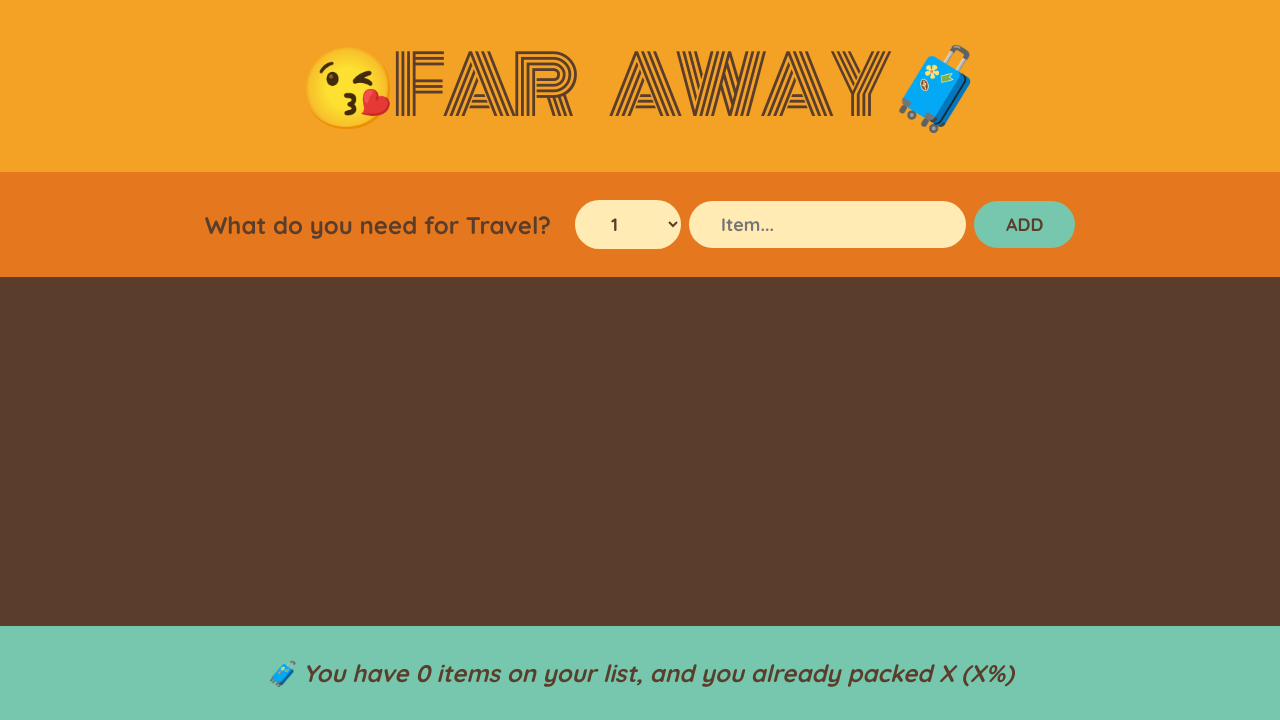
Repository: masamichan/Travel-list
Page: /
An editor plug-in stored every save of this project. The page is shown before and after the next save, followed by the edit.
The browser window is 1280 px wide. The pictures show the whole page.
The project was rebuilt for these pictures with package versions that can differ from the ones it lists, and the page was loaded fresh each time.

Above is the page before, as saved 2024-01-06 12:44:53.

### src/App.js
import { useState } from "react";

export default function App() {
  const [items, setItems] = useState([]);

  function handleAddItems(item) {
    setItems((items) => [...items, item]);
  }

  function handleDelete(id) {
    setItems((items) => items.filter((item) => item.id !== id));
  }

  function handleToggleItem(id) {
    setItems((items) =>
      items.map((item) =>
        item.id === id ? { ...item, packed: !item.packed } : item
      )
    );
  }

  return (
    <div className="app">
      <Logo />
      <Form onAddItems={handleAddItems} />
      <PackingList
        items={items}
        onDeleteItem={handleDelete}
        onToggleItem={handleToggleItem}
      />
      <Stats items={items} />
    </div>
  );
}

function Logo() {
  return <h1>😘Far Away🧳</h1>;
}

function Form({ onAddItems }) {
  const [description, setDescription] = useState("");
  const [quantity, setQuantity] = useState(1);

  function handleSubmit(e) {
    e.preventDefault();

    if (!description) return;

    const newItem = { description, quantity, packed: false, id: Date.now() };

    onAddItems(newItem);
    setDescription("");
    setQuantity(1);
  }

  return (
    <form className="add-form" onSubmit={handleSubmit}>
      <h3>What do you need for Travel?</h3>
      <select
        value={quantity}
        onChange={(e) => setQuantity(Number(e.target.value))}
      >
        {Array.from({ length: 20 }, (_, i) => i + 1).map((num) => (
          <option value={num} key={num}>
            {num}
          </option>
        ))}
      </select>
      <input
        type="text"
        placeholder="Item..."
        value={description}
        onChange={(e) => setDescription(e.target.value)}
      />
      <button>Add</button>
    </form>
  );
}

function PackingList({ items, onDeleteItem, onToggleItem }) {
  return (
    <div className="list">
      <ul>
        {items.map((item) => (
          <Item
            item={item}
            onDeleteItem={onDeleteItem}
            onToggleItem={onToggleItem}
            key={item.id}
          />
        ))}
      </ul>
    </div>
  );
}

function Item({ item, onDeleteItem, onToggleItem }) {
  return (
    <li>
      <input
        type="checkbox"
        value={item.checked}
        onChange={() => onToggleItem(item.id)}
      />
      <span style={item.packed ? { textDecoration: "line-through" } : {}}>
        {item.quantity}
        {item.description}
      </span>
      <button onClick={() => onDeleteItem(item.id)}>❌</button>
    </li>
  );
}

function Stats({ items }) {
  const numItems = items.length;
  const numPacked = items.filter((item) => item.packed).length;

  return (
    <footer className="stats">
      <em>
        🧳 You have {numItems} items on your list, and you already packed X (X%)
      </em>
    </footer>
  );
}

Loaded but not shown: public/index.html (common file); src/index.js (common file); src/index.css (common file)

After the next save:
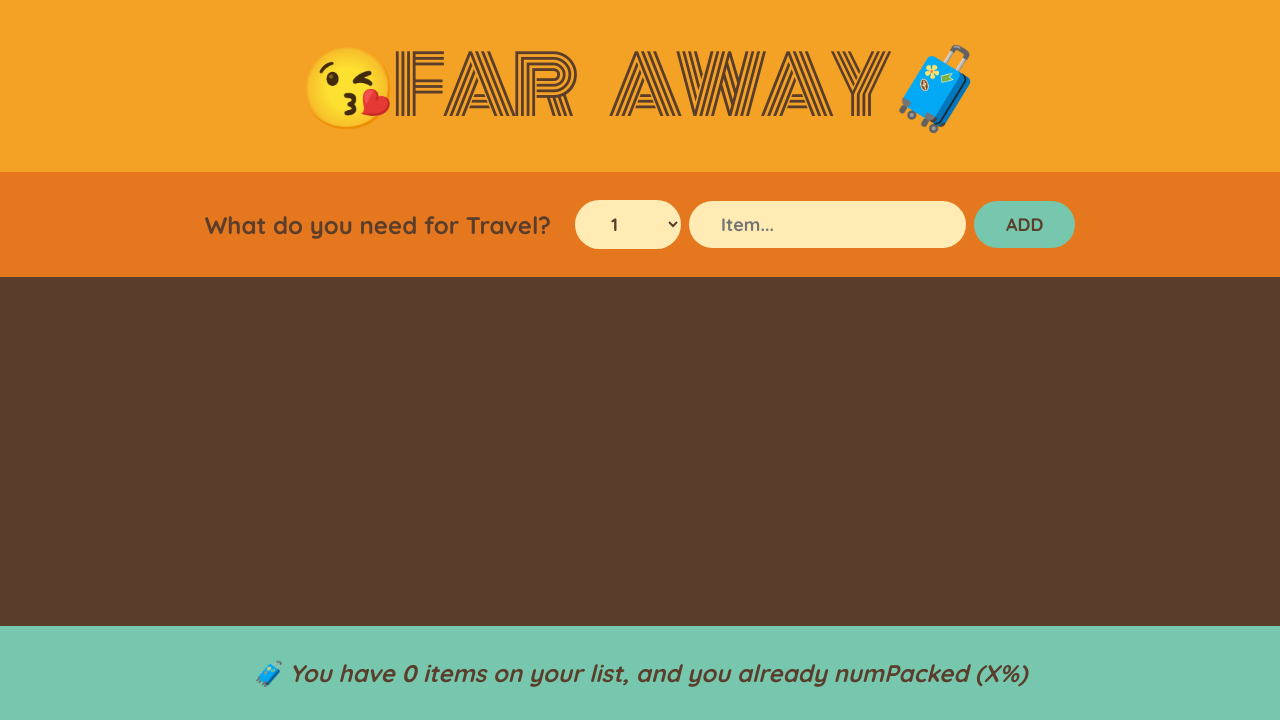
Saved 101 s later.
--- a/src/App.js
+++ b/src/App.js
@@ -118,7 +118,8 @@
   return (
     <footer className="stats">
       <em>
-        🧳 You have {numItems} items on your list, and you already packed X (X%)
+        🧳 You have {numItems} items on your list, and you already {""}{" "}
+        numPacked (X%)
       </em>
     </footer>
   );
